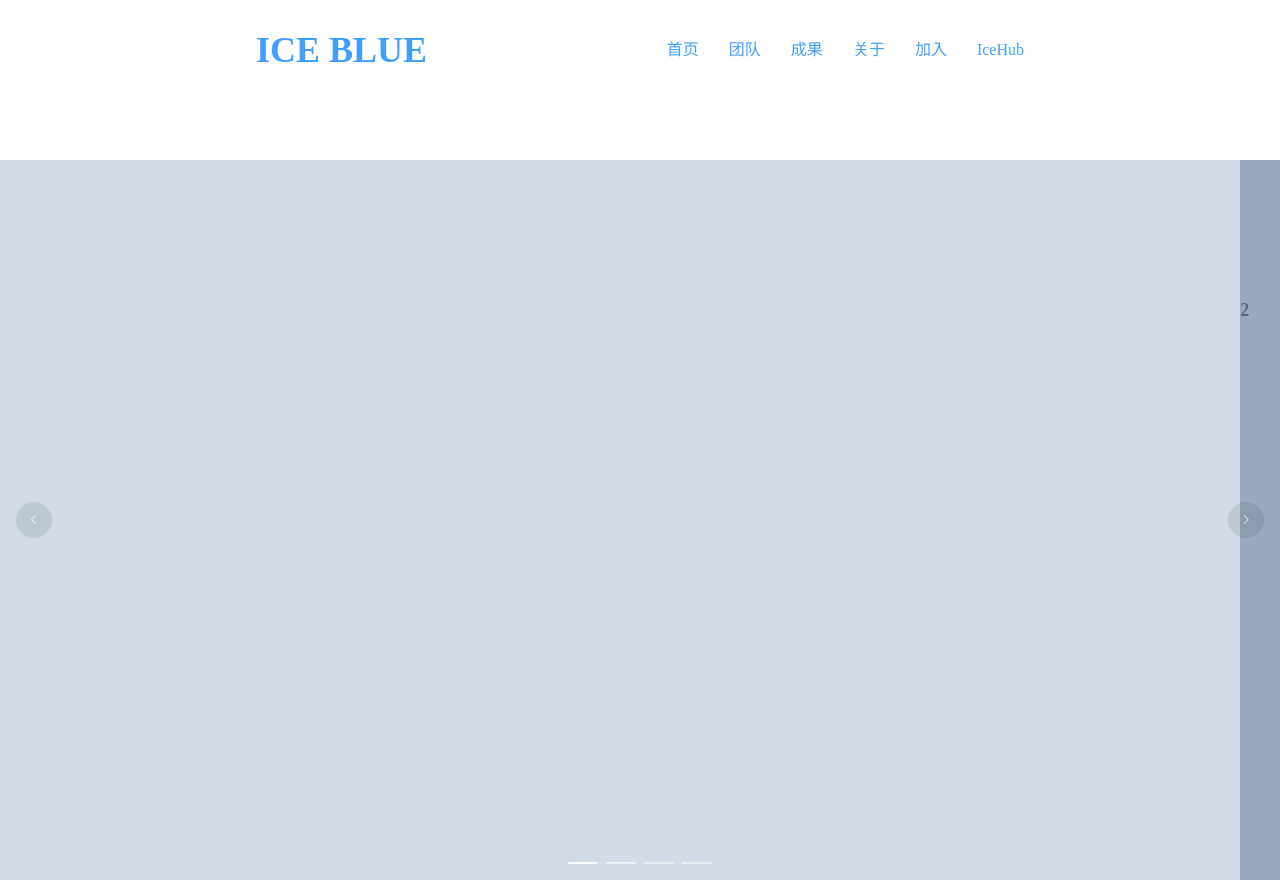
Repository: zxl-lxz/iceblue
Page: /
These files come from the project's save history. The page is drawn as it stood at one moment and after the next save; the edit follows.
The browser window is 1280 px wide. The pictures show the whole page.
The project was rebuilt for these pictures with package versions that can differ from the ones it lists, and the page was loaded fresh each time.

Above is the page before, as saved 2018-03-22 09:58:03.

After the next save:
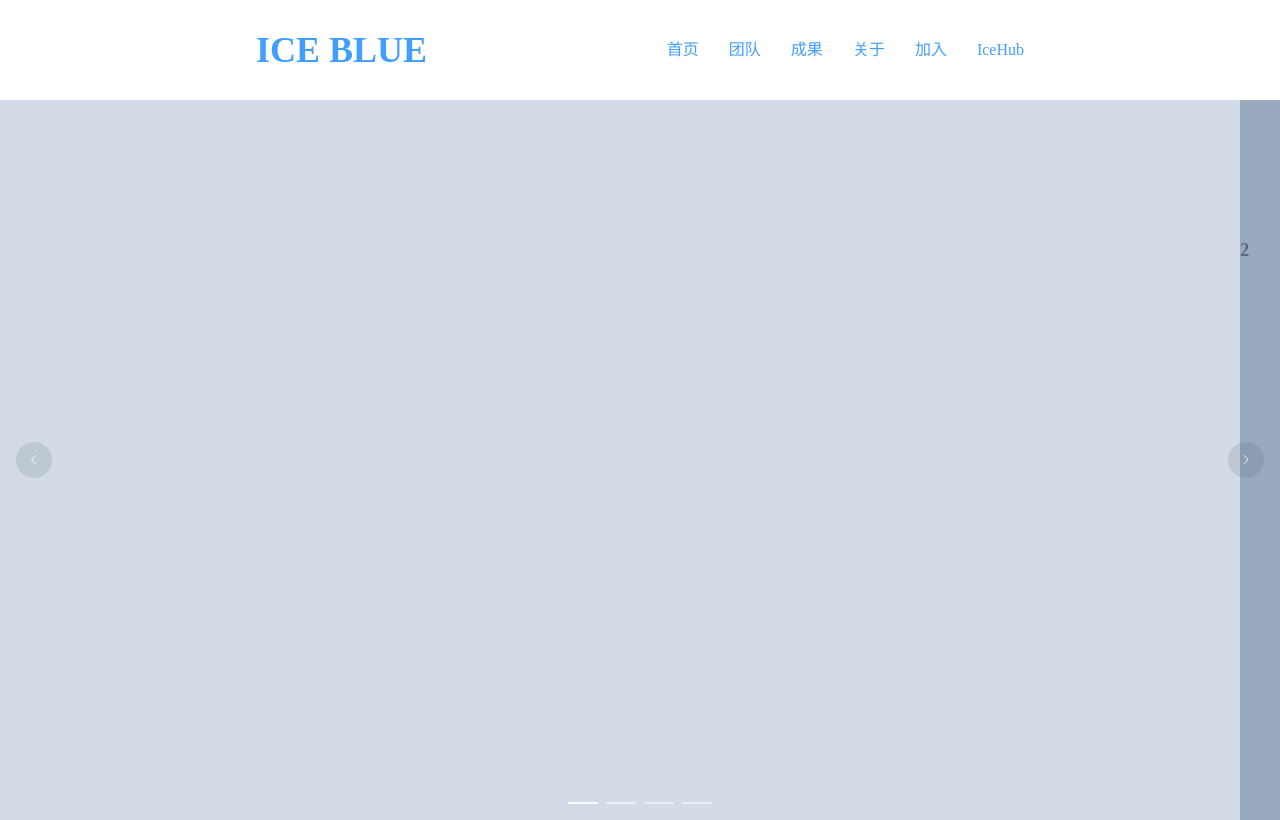
Saved 21 s later.
--- a/src/components/ice-header/ice-header.vue
+++ b/src/components/ice-header/ice-header.vue
@@ -24,7 +24,7 @@ export default {}
 
 <style scoped>
 .ice-header {
-  height: 160px;
+  height: 100px;
 }
 .el-row {
   width: 100%;
